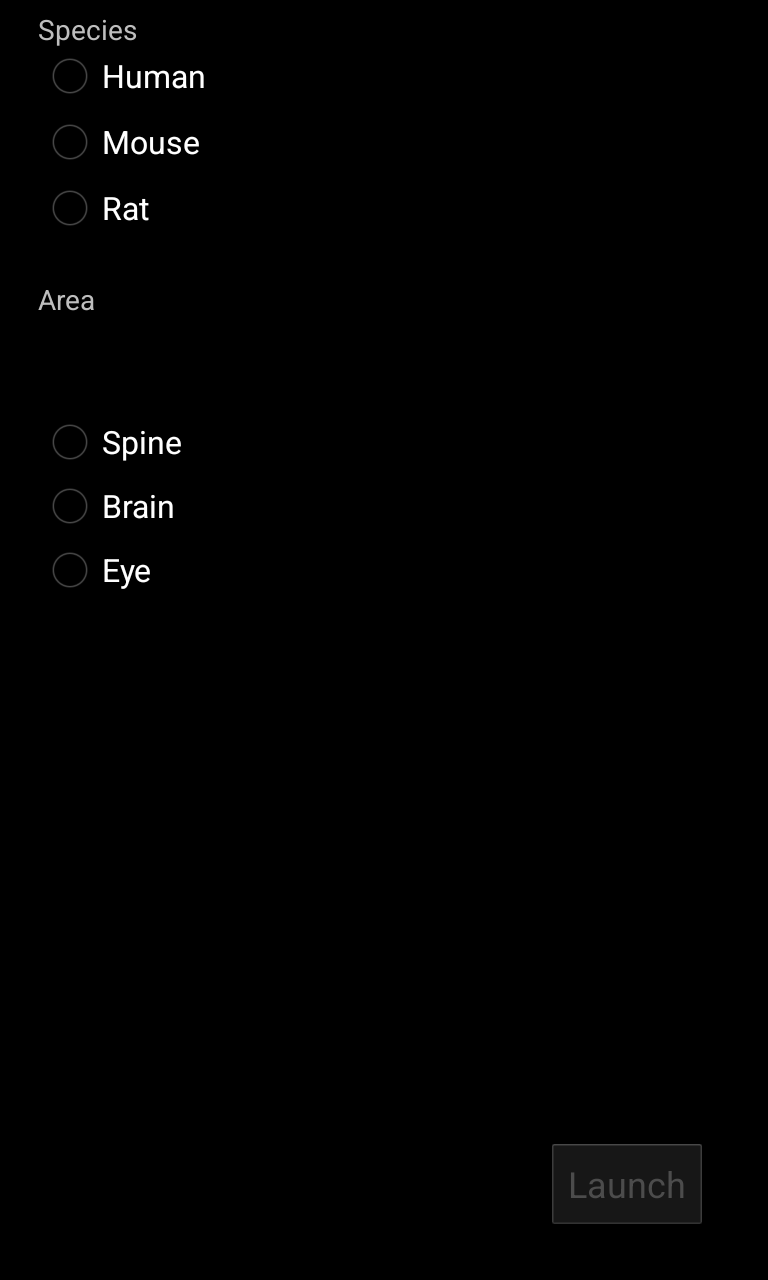
Repository: Ekarg/CSCE315Project3
Layout: Project3/res/layout/activity_main.xml
An editor plug-in stored every save of this project. The layout is shown before and after the next save, followed by the edit.
It is drawn on a 768 x 1280 px phone screen (xhdpi) without system bars, with theme android:Theme.Holo; the app's code is not run.

Above is the layout before, as saved 2013-11-27 20:15:57.

### Project3/res/layout/activity_main.xml
<RelativeLayout xmlns:android="http://schemas.android.com/apk/res/android"
    xmlns:tools="http://schemas.android.com/tools"
    android:layout_width="match_parent"
    android:layout_height="match_parent"
    android:paddingBottom="5dp"
    android:paddingLeft="5dp"
    android:paddingRight="5dp"
    android:paddingTop="5dp"
    tools:context=".MainActivity" >

    <Button
        android:id="@+id/button1"
        android:layout_width="wrap_content"
        android:layout_height="wrap_content"
        android:layout_alignParentBottom="true"
        android:layout_alignParentRight="true"
        android:layout_marginBottom="19dp"
        android:layout_marginRight="24dp"
        android:enabled = "false"
		android:onClick="launch"
        android:text="@string/Button" />

    <TextView
        android:id="@+id/textView1"
        android:layout_width="wrap_content"
        android:layout_height="wrap_content"
        android:layout_marginLeft="14dp"
        android:layout_alignParentTop="true"
        android:text="@string/species" />

   <RadioGroup
        android:id="@+id/radioGroup1"
        android:layout_width="fill_parent"
        android:layout_height="wrap_content"
        android:layout_alignParentTop="true"
        android:layout_centerHorizontal="true"
        android:orientation="vertical" >

        <RadioButton
            android:id="@+id/radioButton1"
            android:layout_width="wrap_content"
            android:layout_height="wrap_content"
            android:layout_marginLeft="14dp"
            android:checked = "false"
            android:layout_marginTop="17dp"
            android:text="@string/human"
            android:onClick="onRadioButtonClicked"/>

        <RadioButton
            android:id="@+id/radioButton2"
            android:layout_width="wrap_content"
            android:layout_height="wrap_content"
            android:layout_marginLeft="14dp"
            android:checked = "false"
            android:layout_marginTop="1dp"
            android:text="@string/mouse"
            android:onClick="onRadioButtonClicked"/>

        <RadioButton
            android:id="@+id/radioButton3"
            android:layout_width="wrap_content"
            android:layout_height="wrap_content"
            android:layout_marginLeft="14dp"
            android:checked = "false"
            android:layout_marginTop="1dp"
            android:text="@string/rat"
            android:onClick="onRadioButtonClicked"/>
    </RadioGroup>

    <TextView
        android:id="@+id/textView2"
        android:layout_width="wrap_content"
        android:layout_height="wrap_content"
        android:layout_alignLeft="@+id/textView1"
        android:layout_below="@+id/radioGroup1"
        android:layout_marginTop="20dp"
        android:text="@string/area"
        android:onClick="onRadioButtonClicked" />

     <RadioGroup
        android:id="@+id/radioGroup2"
        android:layout_width="fill_parent"
        android:layout_height="wrap_content"
        android:layout_alignParentTop="true"
        android:layout_centerHorizontal="true"
        android:orientation="vertical" >

	    <RadioButton
	        android:id="@+id/radioButton4"
	        android:layout_width="wrap_content"
            android:layout_height="wrap_content"
            android:layout_marginLeft="14dp"
            android:checked = "false"
            android:layout_marginTop="200dp"
	        android:onClick="onRadioButtonClicked"
	        android:text="@string/spine" />

	    <RadioButton
	        android:id="@+id/radioButton5"
	        android:layout_width="wrap_content"
	        android:layout_height="wrap_content"
	        android:layout_marginLeft="14dp"

	        android:checked="false"
	        android:onClick="onRadioButtonClicked"
	        android:text="@string/brain" />

	     <RadioButton
         android:id="@+id/radioButton6"
         android:layout_width="wrap_content"
         android:layout_height="wrap_content"
         android:checked = "false"
         android:layout_marginLeft="14dp"

         android:text="@string/eye"
         android:onClick="onRadioButtonClicked" />
	</RadioGroup>



</RelativeLayout>

### Project3/res/values/strings.xml
<?xml version="1.0" encoding="utf-8"?>
<resources>

    <string name="app_name">Show Me the.... Neuron!</string>
    <string name="action_settings">Settings</string>
    <string name="hello_world">Hello world!</string>
    <string name="Button">Launch</string>
    <string name="title_activity_second">Neuron Display</string>
    <string name="species">Species</string>
    <string name="human">Human</string>
    <string name="mouse">Mouse</string>
    <string name="rat">Rat</string>
    <string name="area">Area</string>
    <string name="eye">Eye</string>
    <string name="brain">Brain</string>
    <string name="spine">Spine</string>


</resources>

After the next save:
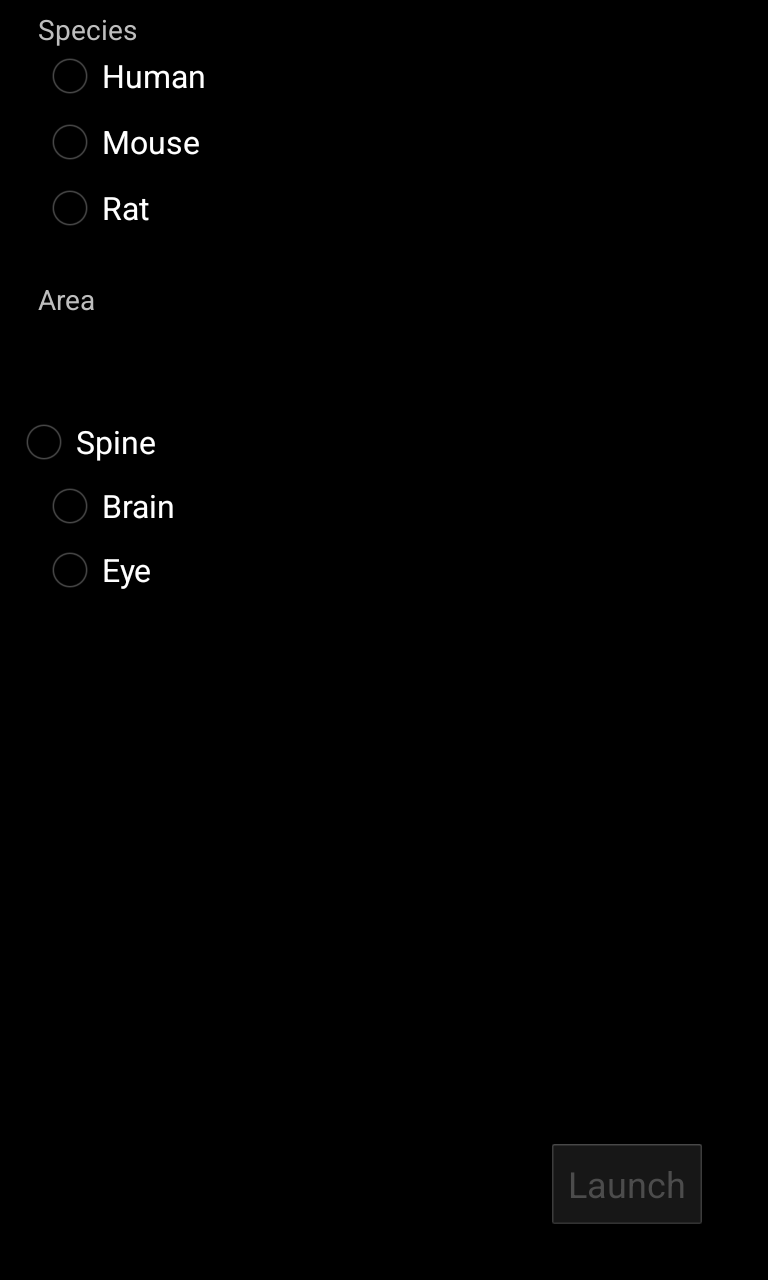
Saved 43 s later.
--- a/Project3/res/layout/activity_main.xml
+++ b/Project3/res/layout/activity_main.xml
@@ -89,7 +89,7 @@
 	        android:id="@+id/radioButton4"
 	        android:layout_width="wrap_content"
             android:layout_height="wrap_content"
-            android:layout_marginLeft="14dp"
+            android:layout_marginLeft="1dp"
             android:checked = "false"
             android:layout_marginTop="200dp"
 	        android:onClick="onRadioButtonClicked"
